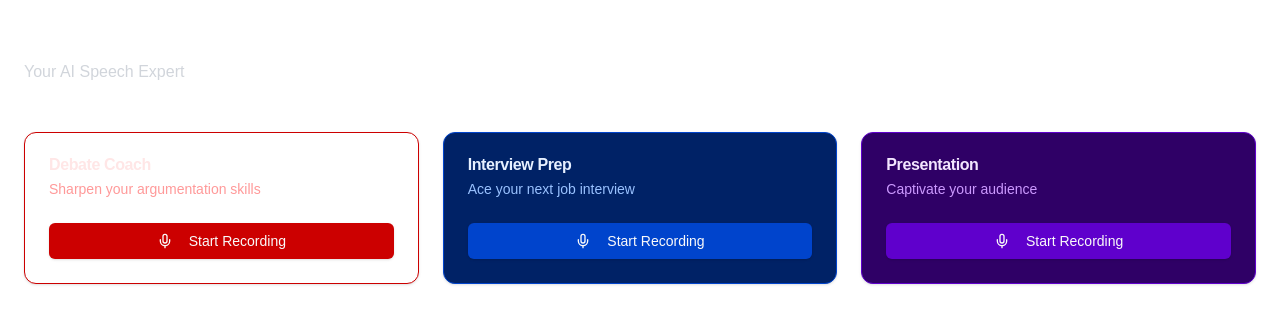
Repository: pghiasia/elevenlabs-hackathon
Page: /
These files come from the project's save history. The page is drawn as it stood at one moment and after the next save; the edit follows.
The browser window is 1280 px wide. The pictures show the whole page.
The project was rebuilt for these pictures with package versions that can differ from the ones it lists, and the page was loaded fresh each time. The framework's server and built-in components were replaced by stand-ins that run in the browser. Also part of the build but not shown: next.config.ts.

Above is the page before, as saved 2024-11-09 16:57:14.

After the next save:
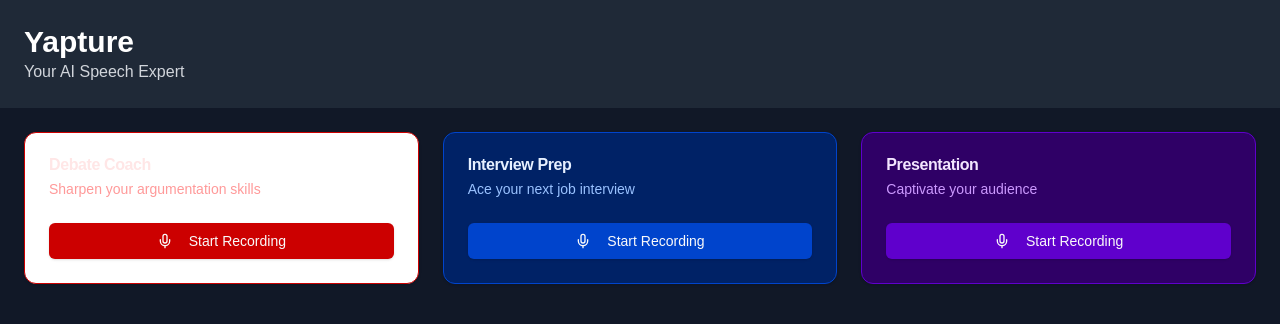
Saved 23 s later.
--- a/src/app/page.tsx
+++ b/src/app/page.tsx
@@ -38,8 +38,8 @@ const categories = [
 
 export default function Home() {
   return (
-    <div className="min-h-screen bg-0a2463 text-white">
-      <header className="p-6 bg-0a2463">
+    <div className="min-h-screen bg-gray-900 text-white">
+      <header className="p-6 bg-gray-800">
         <h1 className="text-3xl font-bold">Yapture</h1>
         <p className="text-gray-300">Your AI Speech Expert</p>
       </header>
